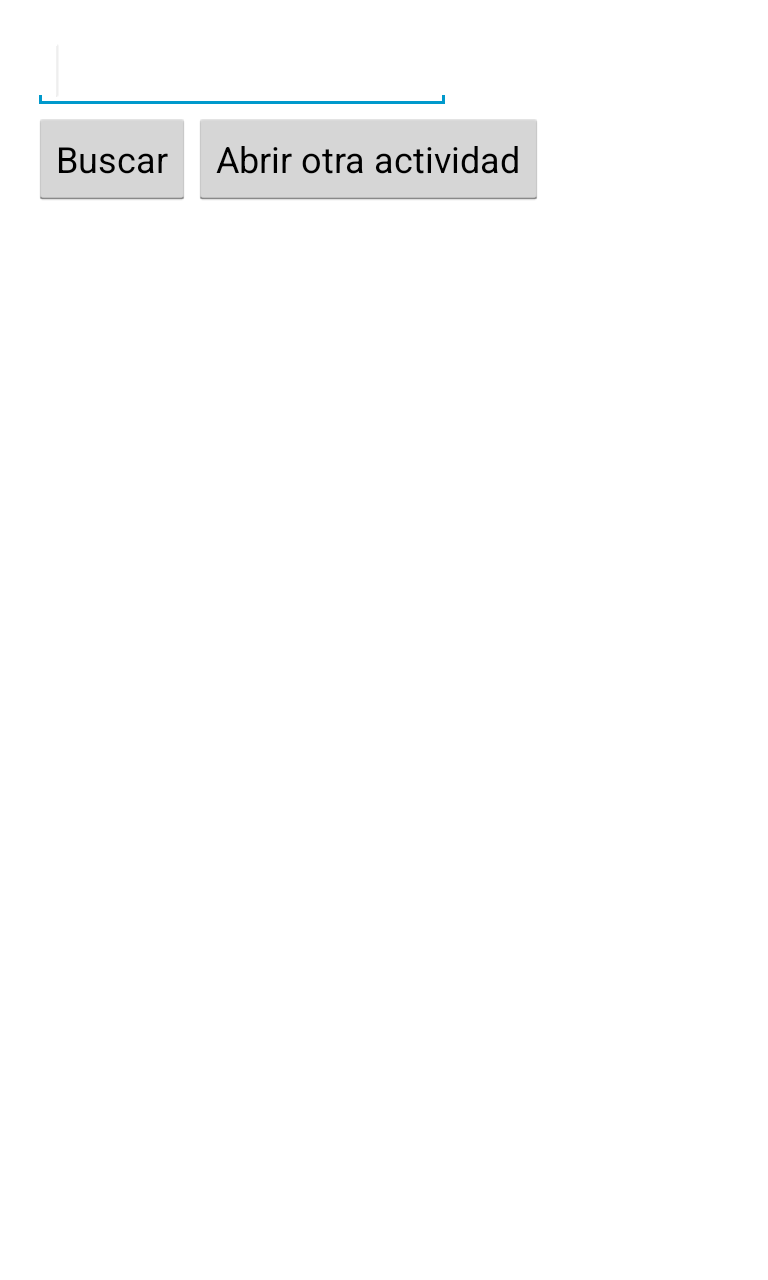
Repository: chrisbgalileo/SP
Layout: Demo 1/res/layout/activity_main.xml
The author's editor kept a copy of each file at every save. The layout is drawn from the files as they stood at one save, then again after the next save.
It is drawn on a 768 x 1280 px phone screen (xhdpi) without system bars, with theme AppTheme; the app's code is not run.

Above is the layout before, as saved 2014-01-30 14:48:16.

### Demo 1/res/layout/activity_main.xml
<RelativeLayout xmlns:android="http://schemas.android.com/apk/res/android"
    xmlns:tools="http://schemas.android.com/tools"
    android:layout_width="match_parent"
    android:layout_height="match_parent"
    android:paddingBottom="@dimen/activity_vertical_margin"
    android:paddingLeft="@dimen/activity_horizontal_margin"
    android:paddingRight="@dimen/activity_horizontal_margin"
    android:paddingTop="@dimen/activity_vertical_margin"
    tools:context=".MainActivity" >

    <EditText
        android:id="@+id/editTextSearchQuery"
        android:layout_width="wrap_content"
        android:layout_height="wrap_content"
        android:layout_alignParentLeft="true"
        android:layout_alignParentTop="true"
        android:inputType="text"
        android:ems="10" >

        <requestFocus />
    </EditText>

    <Button
        android:id="@+id/btnSearch"
        android:layout_width="wrap_content"
        android:layout_height="wrap_content"
        android:layout_alignLeft="@+id/editTextSearchQuery"
        android:layout_below="@+id/editTextSearchQuery"
        android:text="@string/btn_search" />

    <Button
        android:id="@+id/btnOpenActivity"
        android:layout_width="wrap_content"
        android:layout_height="wrap_content"
        android:layout_alignBaseline="@+id/btnSearch"
        android:layout_alignBottom="@+id/btnSearch"
        android:layout_toRightOf="@+id/btnSearch"
        android:text="@string/btn_open_activity" />

</RelativeLayout>

### Demo 1/res/values/strings.xml
<?xml version="1.0" encoding="utf-8"?>
<resources>

    <string name="app_name">Ejemplo</string>
    <string name="action_settings">Settings</string>
    <string name="hello_world">Hola Android!</string>
    <string name="btn_search">Buscar</string>
    <string name="btn_open_activity">Abrir otra actividad</string>
    <string name="title_activity_show_search_query">ShowSearchQueryActivity</string>

</resources>

Loaded but not shown: Demo 1/res/values/styles.xml (common file); Demo 1/res/values-v11/styles.xml (common file); Demo 1/res/values-v14/styles.xml (common file); Demo 1/res/values/dimens.xml (common file)

After the next save:
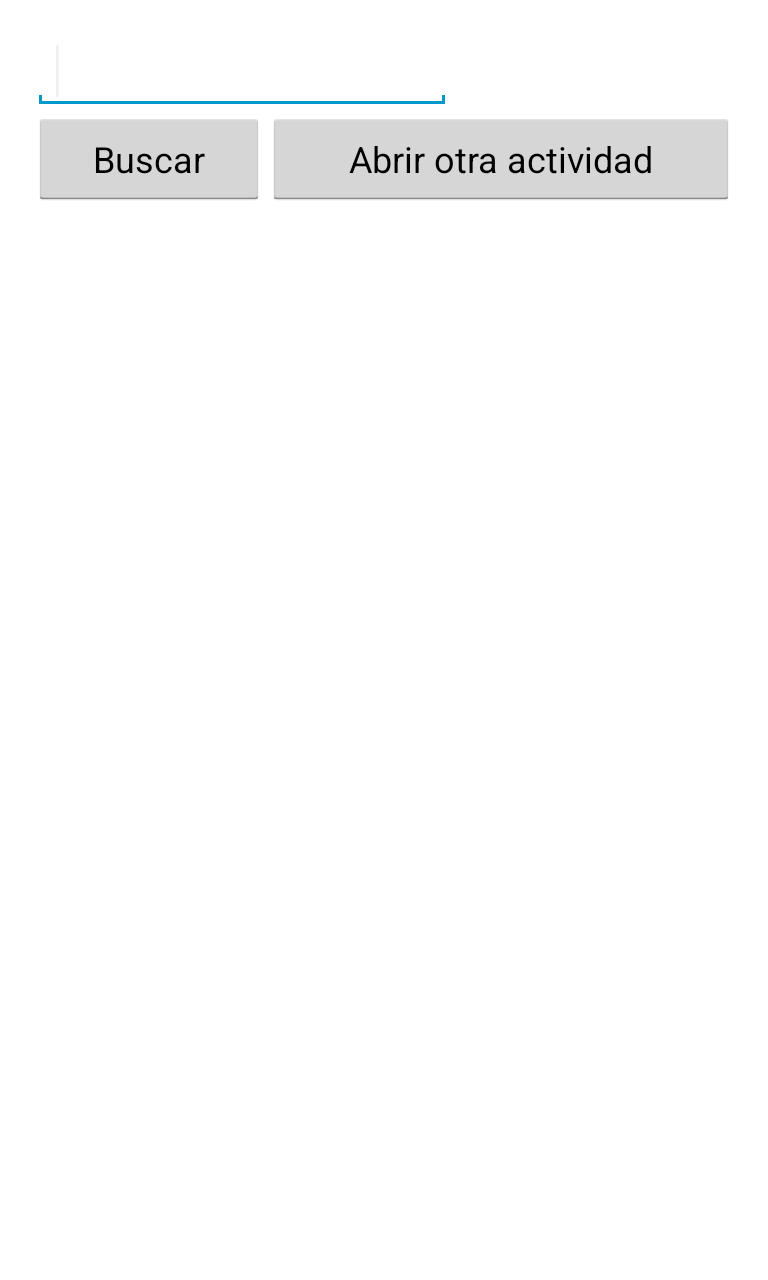
Saved 2 min 44 s later.
--- a/Demo 1/res/layout/activity_main.xml
+++ b/Demo 1/res/layout/activity_main.xml
@@ -1,4 +1,4 @@
-<RelativeLayout xmlns:android="http://schemas.android.com/apk/res/android"
+<LinearLayout xmlns:android="http://schemas.android.com/apk/res/android"
     xmlns:tools="http://schemas.android.com/tools"
     android:layout_width="match_parent"
     android:layout_height="match_parent"
@@ -6,35 +6,36 @@
     android:paddingLeft="@dimen/activity_horizontal_margin"
     android:paddingRight="@dimen/activity_horizontal_margin"
     android:paddingTop="@dimen/activity_vertical_margin"
+    android:orientation="vertical"
     tools:context=".MainActivity" >
 
     <EditText
         android:id="@+id/editTextSearchQuery"
         android:layout_width="wrap_content"
         android:layout_height="wrap_content"
-        android:layout_alignParentLeft="true"
-        android:layout_alignParentTop="true"
         android:inputType="text"
         android:ems="10" >
 
         <requestFocus />
     </EditText>
 
-    <Button
-        android:id="@+id/btnSearch"
-        android:layout_width="wrap_content"
-        android:layout_height="wrap_content"
-        android:layout_alignLeft="@+id/editTextSearchQuery"
-        android:layout_below="@+id/editTextSearchQuery"
-        android:text="@string/btn_search" />
 
-    <Button
-        android:id="@+id/btnOpenActivity"
-        android:layout_width="wrap_content"
-        android:layout_height="wrap_content"
-        android:layout_alignBaseline="@+id/btnSearch"
-        android:layout_alignBottom="@+id/btnSearch"
-        android:layout_toRightOf="@+id/btnSearch"
-        android:text="@string/btn_open_activity" />
+    <LinearLayout
+        android:layout_width="match_parent"
+        android:layout_height="wrap_content" >
+        <Button
+        	android:id="@+id/btnSearch"
+        	android:layout_weight="1"
+        	android:layout_width="0dp"
+        	android:layout_height="wrap_content"
+        	android:text="@string/btn_search" />
 
-</RelativeLayout>
+    	<Button
+     	   	android:id="@+id/btnOpenActivity"
+     	   	android:layout_weight="2"
+        	android:layout_width="0dp"
+        	android:layout_height="wrap_content"
+        	android:text="@string/btn_open_activity" />
+    </LinearLayout>
+
+</LinearLayout>
